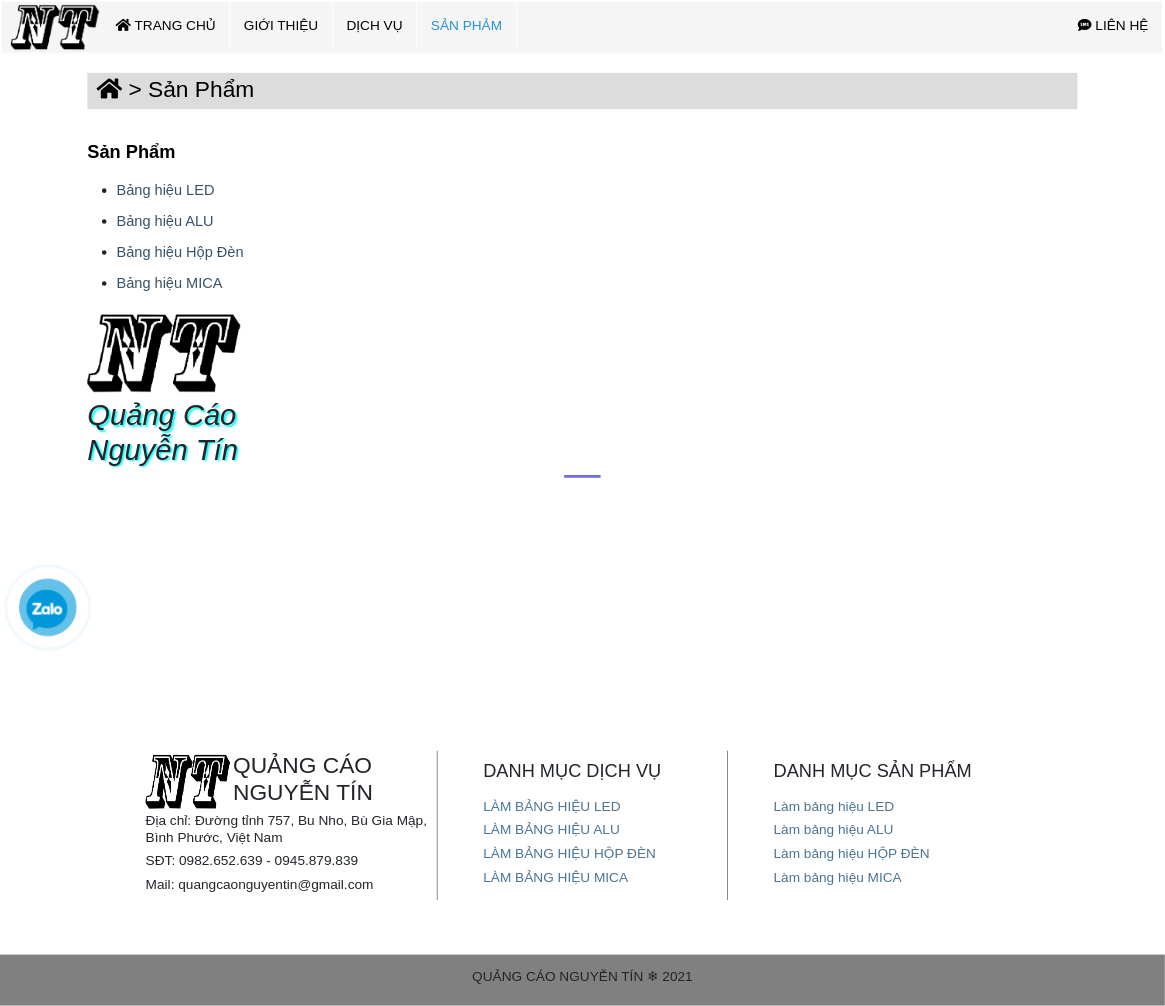
Repository: Haunguyen42193/quangcaonguyentin.github.io
Page: product.html
These files come from the project's save history. The page is drawn as it stood at one moment and after the next save; the edit follows.
The browser window is 1280 px wide. The pictures show the whole page, at 91% of full size.
Some web fonts or font styles are not loaded; a fallback is used. Some web libraries are served in a nearby version.

Above is the page before, as saved 2021-10-13 16:24:08.
Console error: ReferenceError: init is not defined

### product.html
<!DOCTYPE html>
<html lang="en">
<head>
    <meta charset="UTF-8">
    <meta http-equiv="X-UA-Compatible" content="IE=edge">
    <meta name="viewport" content="width=device-width, initial-scale=1.0">
    <meta http-equiv="refresh" content="18000"/>
    <title>Quảng Cáo Nguyễn Tín</title>
    <link rel="shotcut icon" href="images/logo2.png"/>
    <link
    rel="stylesheet"
    href="https://cdnjs.cloudflare.com/ajax/libs/animate.css/4.1.1/animate.min.css"
    />
    <!--carousel-->
    <link href="https://cdn.jsdelivr.net/npm/bootstrap@5.1.0/dist/css/bootstrap.min.css" rel="stylesheet" integrity="sha384-KyZXEAg3QhqLMpG8r+8fhAXLRk2vvoC2f3B09zVXn8CA5QIVfZOJ3BCsw2P0p/We" crossorigin="anonymous">
    <!--font awesome-->
    <link rel="stylesheet" href="https://pro.fontawesome.com/releases/v5.10.0/css/all.css" integrity="sha384-AYmEC3Yw5cVb3ZcuHtOA93w35dYTsvhLPVnYs9eStHfGJvOvKxVfELGroGkvsg+p" crossorigin="anonymous"/>
    <!--css-->
    <link rel="stylesheet" href="CSS/styleproduct.css"/>
    <!--font chữ-->
    <link rel="preconnect" href="https://fonts.googleapis.com">
    <link rel="preconnect" href="https://fonts.gstatic.com" crossorigin>
    <link href="https://fonts.googleapis.com/css2?family=K2D:wght@600&display=swap" rel="stylesheet">
    <!-- JavaScript Bundle with Popper -->
    <script src="https://cdn.jsdelivr.net/npm/bootstrap@5.1.0/dist/js/bootstrap.bundle.min.js" integrity="sha384-U1DAWAznBHeqEIlVSCgzq+c9gqGAJn5c/t99JyeKa9xxaYpSvHU5awsuZVVFIhvj" crossorigin="anonymous"></script>
    <!--Jquery-->
    <script src="Js/jquery-3.6.0.min.js"></script>
    <!--wowjs-->
    <script src="https://cdnjs.cloudflare.com/ajax/libs/wow/1.1.2/wow.min.js" integrity="sha512-Eak/29OTpb36LLo2r47IpVzPBLXnAMPAVypbSZiZ4Qkf8p/7S/XRG5xp7OKWPPYfJT6metI+IORkR5G8F900+g==" crossorigin="anonymous" referrerpolicy="no-referrer"></script>

</head>
<body onload="init()">
    <script src="Js/jsproduct.js"></script>
    <!--Menu-->
    <nav class="header-menu">
        <div class="menu">
            <div class="logo">
                <a href="homepage.html"><img src="images/logo2.png" alt="bang quang cao tiem" id="logotiem"/></a>
            </div>
            <ul>
                <li><a href="homepage.html"><i class="fas fa-home"></i> TRANG CHỦ</a></li>
                <li><a href="introduce.html">GIỚI THIỆU</a></li>
                <li class="sub"><a href="service.html">DỊCH VỤ</a>
                    <ul class="menu subcontent">
                        <li><a href="service.html#tab1" rel="service.html#LED">LÀM BẢNG HIỆU LED</a></li>
                        <li><a href="service.html#tab2" rel="service.html#ALU">LÀM BẢNG HIỆU ALU</a></li>
                        <li><a href="service.html#tab3" rel="service.html#Hd">LÀM BẢNG HIỆU HỘP ĐÈN</a></li>
                        <li><a href="service.html#tab4" rel="service.html#MICA">LÀM BẢNG HIỆU MICA</a></li>
                    </ul>
                </li>
                <li class="sub"><a href="product.html" class="chose">SẢN PHẢM</a>
                    <ul class="menu subcontent">
                        <li><a href="#">BẢNG HIỆU LED</a></li>
                        <li><a href="#">BẢNG HIỆU ALU</a></li>
                        <li><a href="#">BẢNG HIỆU HỘP ĐÈN</a></li>
                        <li><a href="#">BẢNG HIỆU MICA</a></li>
                    </ul>
                </li>
                <li><a href="contact.html"><i class="fas fa-sms"></i> LIÊN HỆ</a></li>
            </ul>
        </div>
    </nav>
    <!--page-->
    <section>
        <div class="page">
            <div>
                <a href="homepage.html" title="Trang chủ"><i class="fas fa-home"></i></a>
                <span>></span>
                <span class="move">Sản Phẩm</span>
            </div>
        </div>
    </section>
    <!--go to top-->
    <section>
        <div>
            <a id="goToTop" href="javascript:;"><i class="fas fa-chevron-up" title="GO TO TOP"></i></a>
        </div>
    </section>
    <!--zalo-->
    <section >
        <div class="zalo">
            <a href="https://zalo.me/0982652639" target="_blank"><img src="images/icon-zalo1.png"/></a>
        </div>
        <div class="zalo-circle"></div>
        <div class="zalo-circle-small"></div>
    </section>

    <!--product-->
    <section class="product">
        <div class="product-menu">
            <h5><strong>Sản Phẩm</strong></h5>
            <ul>
                <li><a href="">Bảng hiệu LED</a></li>
                <li><a href="">Bảng hiệu ALU</a></li>
                <li><a href="">Bảng hiệu Hộp Đèn</a></li>
                <li><a href="">Bảng hiệu MICA</a></li>
            </ul>
            <img src="images/logo2.png" alt="image"/>
            <h2><i>Quảng Cáo Nguyễn Tín</i></h2>
        </div>
        <div class="line"></div>
    </section>

    <!--foot-contact-->
    <section>
        <div class="foot-contacts">
          <div class="foot-contact">
            <img src="images/logo2.png" alt="logo" class="foot-logo" />
            <h1>QUẢNG CÁO NGUYỄN TÍN</h1>
            <h2>Địa chỉ: Đường tỉnh 757, Bu Nho, Bù Gia Mập, Bình Phước, Việt Nam</h2>
            <h2>SĐT: 0982.652.639 - 0945.879.839</h2>
            <h2>Mail: quangcaonguyentin@gmail.com</h2>
          </div>
          <div class="foot-service">
            <div class="foot-service-title">
              <h1>DANH MỤC DỊCH VỤ</h1>
            </div>
            <h2><a href="service.html#tab1" rel="service.html#LED">LÀM BẢNG HIỆU LED</a></h2>
            <h2><a href="service.html#tab2" rel="service.html#ALU">LÀM BẢNG HIỆU ALU</a></h2>
            <h2><a href="service.html#tab3" rel="service.html#Hd">LÀM BẢNG HIỆU HỘP ĐÈN</a></h2>
            <h2><a href="service.html#tab4" rel="service.html#MICA">LÀM BẢNG HIỆU MICA</a></h2>
          </div>
          <div class="foot-product">
            <div class="foot-service-title">
              <h1>DANH MỤC SẢN PHẨM</h1>
            </div>
            <h2><a href="#">Làm bảng hiệu LED</a></h2>
            <h2><a href="#">Làm bảng hiệu ALU</a></h2>
            <h2><a href="#">Làm bảng hiệu HỘP ĐÈN</a></h2>
            <h2><a href="#">Làm bảng hiệu MICA</a></h2>
          </div>
        </div>
    </section>
    <!--foot-->
    <div class="web-foot">
        <h2>QUẢNG CÁO NGUYỄN TÍN &#10052 2021</h2>
    </div>
</body>
</html>

### CSS/styleproduct.css
body {
    font-family: 'K2D', sans-serif;
    font-size: 15px;
    background-color: white;
    background-repeat: no-repeat;
    background-attachment: fixed;
    /* background:linear-gradient( #F18D9E, #E6D72A, #5BC8AC, #98DBC6); */
}
/*menu*/
.header-menu{
    width:100%;
    background-color: whitesmoke;
    padding-left: 10px;
    border: 2px solid white;
    position: fixed;
    z-index:99;
    top:0;
    left:0;

}
img#logotiem{
    width:100px;
    float:left;
}
div.menu > ul{
    display:flex;
    /* justify-content: center;
    align-items: center; */
}
div.menu ul{
    list-style-type: none;
    margin: 0;
    padding:0;
    background-color: whitesmoke;
}
div.menu ul li:last-child{
    margin-left: auto;
}
.subcontent{
    display:none;
    background: linear-gradient(gray, rgb(224, 222, 222));
}
.sub:hover .subcontent{
    display: block;
    position:absolute;
    width: 230px;
}

div.menu ul li{
    margin-bottom: 0px;
    position:relative;
    border-right: 1px solid white;
}

div.menu ul li a::before{
    content: '';
     position: absolute;
     bottom: -7px;
     left: 0px;
     width: 100%;
     height: 5px;
     background-color: #0cacdd;
     border-radius: 8px 8px 0 0;
     opacity: 0;
     transition: 0.3s;
}

div.menu ul li a:hover:before{
    opacity: 1;
    bottom:0;
}
div.menu ul li a{
    text-decoration: none;
    display: block;
    padding: 15px;
}
a:link{
    color:black;
}
a:visited{
    color:black;
}
a:hover{
    background-color: rgb(37, 32, 32);
    color: #2591d8;
}
a:active{
    color:rgb(35, 23, 201);
}

.subcontent::before{
    content: " ";
    border-width: 10px;
    border-style: solid;
    border-color:transparent transparent gray transparent;
    position: absolute;
    bottom: 100%;
    left:15%;
}
.chose{
    color: #2591d8 !important;
}
/*gototop*/
#goToTop {
    position: fixed;
    font-size: 30px;
    border-radius: 50%;
    z-index: 99;
    padding: 0 10px;
    border: 2px solid red;
    color: red;
    opacity: 0.5;
    right: 10px;
    bottom: 10px;
}
/*zalo*/
.zalo{
    position: fixed;
    z-index: 999;
    left: 29px;
    bottom: 28px;
    width: 3.5%;
}
.zalo-circle{
    position: fixed;
    z-index: 998;
    left: 15px;
    bottom: 15px;
    width: 75px;
    height: 75px;
    border: 20px solid #0098da;
    border-radius: 50%;
    opacity: 0;
    animation: zalo-ring-circle 2s infinite ease-out;
}
.zalo-circle-small{
    position: fixed;
    z-index: 998;
    left: 5px;
    bottom: 5px;
    width: 95px;
    height: 95px;
    border: 3px solid #0098da;
    border-radius: 50%;
    opacity: 0;
    animation: zalo-ring-circle-small 2s infinite ease-out;
}
.zalo img{
    width: 100%;
    animation:zalo-ring 1s infinite ease-in-out;
}
.zalo > a:hover{
    background-color: transparent;
}
@keyframes zalo-ring{
    0%{
        transform:rotate(0) scale(1) skew(1deg)
    }
    10%{
        transform:rotate(-25deg) scale(1.05) skew(1deg)
    }
    20%{
        transform:rotate(25deg) scale(1) skew(1deg)
    }
    30%{
        transform:rotate(-25deg) scale(1.05) skew(1deg)
    }
    40%{
        transform:rotate(25deg) scale(1) skew(1deg)
    }
    50%{
        transform:rotate(0) scale(1) skew(1deg)
    }
    100%{
        transform:rotate(0) scale(1) skew(1deg)
    }
}
@keyframes zalo-ring-circle{
    0%{
        transform: scale(0.8); opacity: 0.6;
    }
    50%{
        transform: scale(1); opacity: 0.6;
    }
    100%{
        transform: scale(0.8); opacity: 0.6;
    }
}
@keyframes zalo-ring-circle-small{
    0%{
        transform: scale(0.8); opacity: 0.6;
    }
    50%{
        transform: scale(1); opacity: 0.3;
    }
}
/*foot contact*/
.foot-contacts {
    display: flex;
    position: relative;
    top: 400px;
    justify-content: center;
}
.foot-contacts h2{
    font-size: 15px;
}
.foot-contact {
    display: flex;
    width: 350px;
    flex-wrap: wrap;
    width: 25%;
}
.foot-logo{
    width:30%;
}
.foot-contact h1{
    width: 50%;
    font-size: 25px;
}
.foot-service{
    position: relative;
    border-right: 1px solid gray;
    width:25%;
    padding: 0 50px;
    border-left: 1px solid gray;
}
.foot-product{
    position: relative;
    width: 25%;
    padding: 0 50px;
}
.foot-service-title h1{
    font-size: 20px;
    padding-bottom: 10px;
    padding-top: 10px;
}
.foot-contacts a{
    text-decoration: none;
}
.foot-contacts a:link{
    color: #4b7494;
}
.foot-contacts a:visited{
    color: #4b7494;
}
.foot-contacts a:hover{
    color: #0c0e0f;
    background-color: white;
}
.foot-contacts a:active{
    color: #124c79;
}
/*web foot*/
.web-foot{
    background-color: gray;
    position: relative;
    top: 400px;
    padding: 15px;
    margin-top: 60px;
}
.web-foot > h2{
    text-align: center;
    font-size: 15px;
}
/*page*/
.page{
    color: black;
    position: relative;
    top: 80px;
    width: 85%;
    margin: auto;
    height: 40px;
    background-color: gainsboro;
    font-size: 25px;
}
.page div{
    padding-left: 10px;
}
.page a:hover{
    background-color: transparent;
    color: black;
}
.line{
    height: 3px;
    background-color: rgb(109, 107, 224);
    width: 40px;
    margin: 0 auto;
}
/*product*/
.product{
    position: relative;
    top: 100px;
    width: 85%;
    margin: auto;
}
div.product-menu{
    width: 20%;
    margin-top: 1em;
    position: relative;
}
div.product-menu h5{
    color: rgb(0, 0, 0);
}
div.product-menu > ul > li{
    font-size: 16px;
    padding-top: 10px;
}
div.product-menu > ul > li a{
    text-decoration: none;
    color: #375268;
}
div.product-menu > ul > li img{
    width: 100%;
}
div.product-menu > ul > li a:hover{
    background-color: transparent;
    color: blue;
}
div.product-menu img{
    width: 80%;
}
div.product-menu h2{
    text-shadow: 2px 2px 2px rgb(1, 248, 248);
}

### Js/jsproduct.js
$(document).ready(function() {
    wow = new WOW({
        boxClass:     'wow',      // default
        animateClass: 'animate__animated', // default
        offset:       0,          // default
        mobile:       true,       // default
        live:         true        // default
    })
    wow.init();
    $("#goToTop").hide()
    $(window).scroll(function() {

        if($(this).scrollTop() >= 90){
            $("#goToTop").show("slow");
        }
        else{
            $("#goToTop").hide("slow");
        }
    })
    $("#goToTop").click(function() {
        $("html, body").animate({
            scrollTop: 0
        }, 1000);
    })
})

Loaded but not shown: Js/jquery-3.6.0.min.js (library)

After the next save:
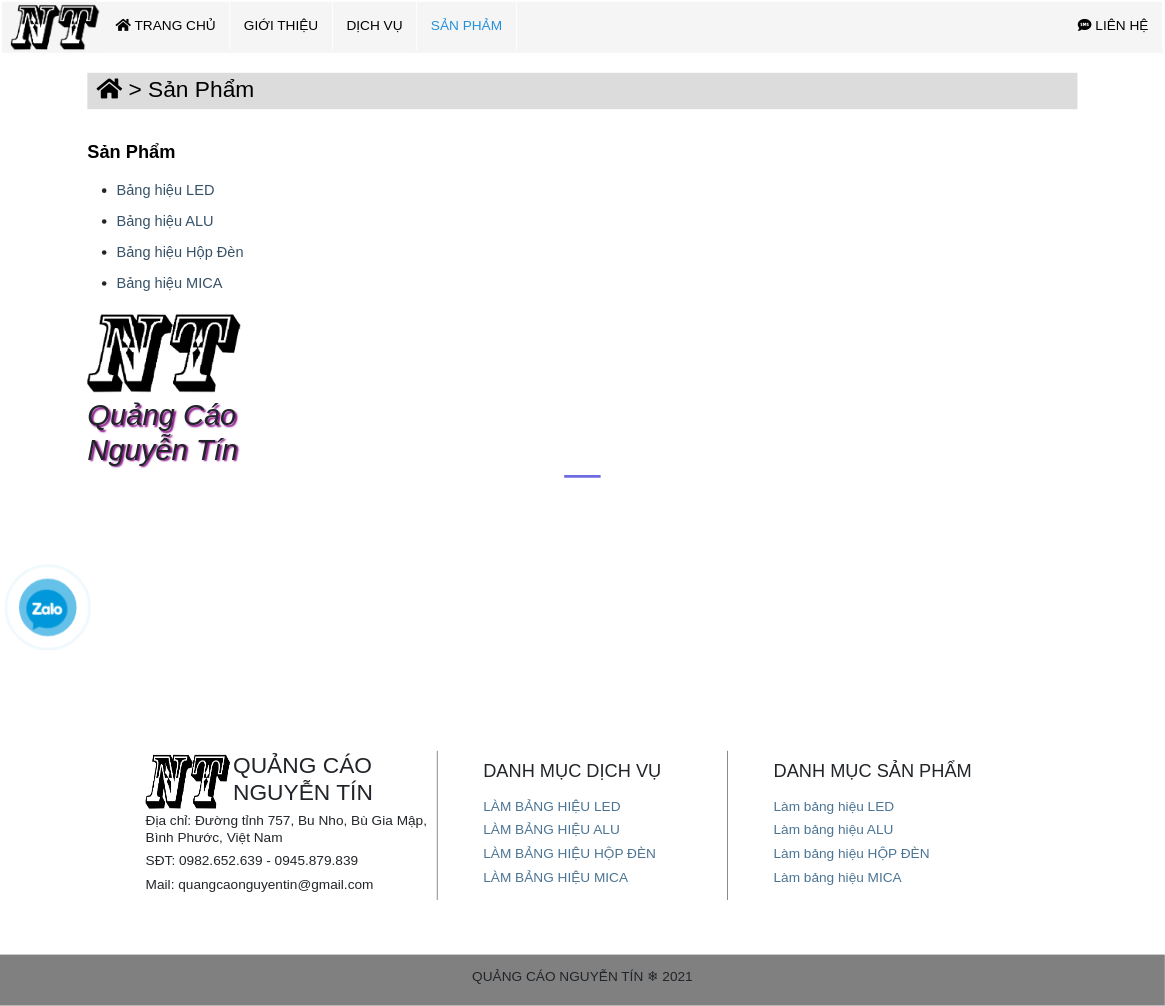
Saved 19 s later.
--- a/CSS/styleproduct.css
+++ b/CSS/styleproduct.css
@@ -320,5 +320,5 @@ div.product-menu img{
     width: 80%;
 }
 div.product-menu h2{
-    text-shadow: 2px 2px 2px rgb(1, 248, 248);
-}
+    text-shadow: 2px 2px 2px purple;
+}
